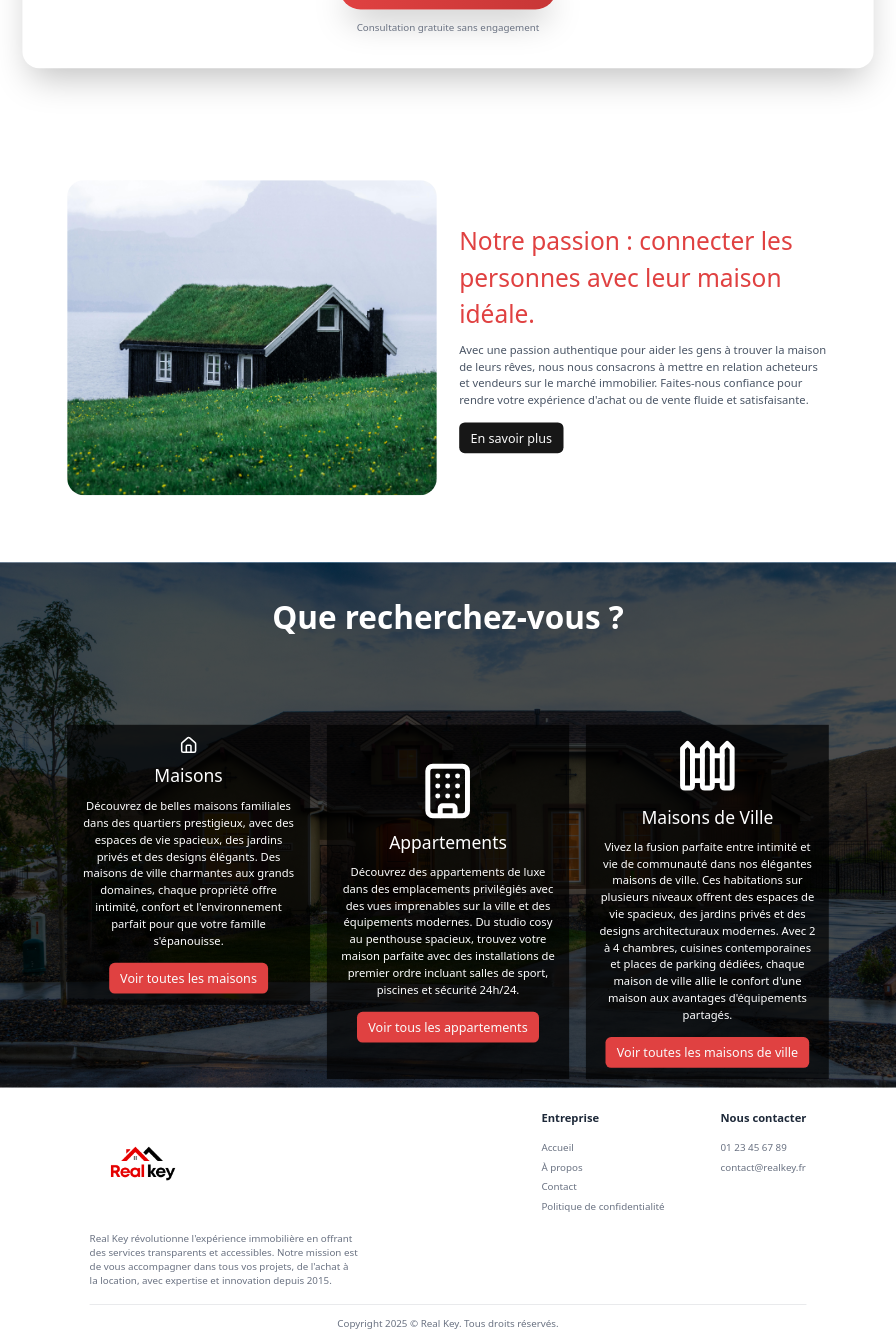
Repository: lamatmed/Real-Key
Page: /
An editor plug-in stored every save of this project. The page is shown before and after the next save, followed by the edit.
The browser window is 1280 px wide. The pictures show the part of the page from y = 3519 to 5439 px (the page is 5439 px tall), at 70% of full size.
The page's requests for data from a server got no answer. The project was rebuilt for these pictures with package versions that can differ from the ones it lists, and the page was loaded fresh each time. Some packages were replaced by stand-ins written for this rebuild. The framework's server and built-in components were replaced by stand-ins that run in the browser. No one was signed in, and anything a server would have sent is missing. Also part of the build but not shown: next.config.ts, app/_components/PropertyCard.tsx.

Above is the page before, as saved 2025-09-28 16:03:01.

After the next save:
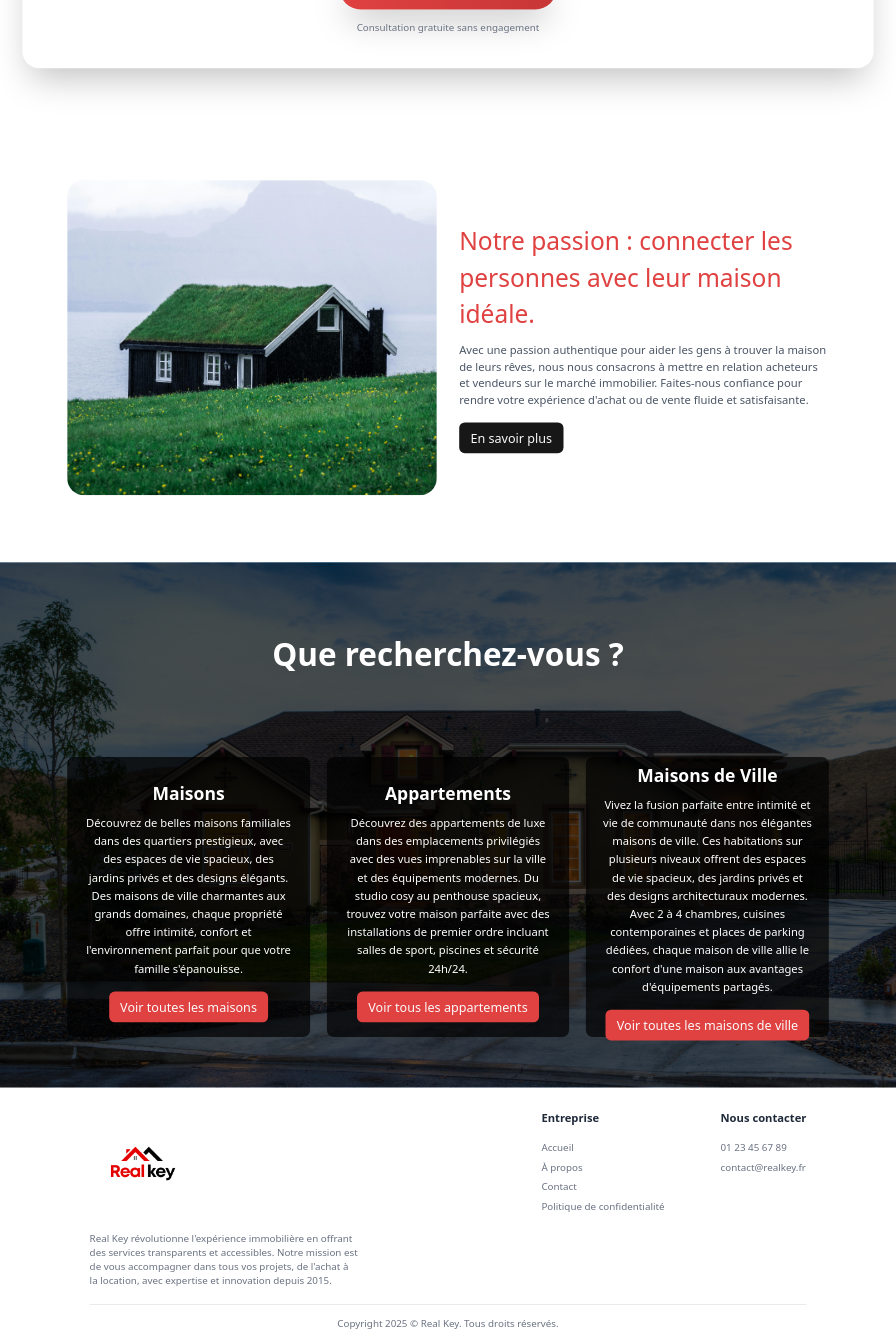
Saved 51 min 8 s later.
--- a/app/_components/WhatClientWant.tsx
+++ b/app/_components/WhatClientWant.tsx
@@ -6,61 +6,62 @@ import React from 'react'
 
 function WhatClientWant() {
   return (
-   <div className='relative h-[1750px]  lg:h-[750px] w-full'>
+   <div className='relative h-auto lg:h-[750px] w-full'>
 
-        <Image alt='hero' fill className='w-full   h-[750px] object-cover ' src="/whatClientWant.jpg"/>
+        <Image
+          alt='hero'
+          fill
+          className='w-full h-full object-cover'
+          src="/whatClientWant.jpg"
+        />
 
-
-      <div className='absolute inset-0 bg-black/70  z-10'></div>
+      <div className='absolute inset-0 bg-black/70 z-10'></div>
 
 
     <div className='absolute inset-0 z-20 flex flex-col justify-center'>
-    <div className='flex items-center justify-center mt-32'>
+      <div className='flex items-center justify-center mt-8 lg:mt-32'>
+        <h1 className='text-3xl md:text-[45px] font-bold mb-6 text-white text-center px-4'>
+          Que recherchez-vous ?
+        </h1>
+      </div>
 
+      <div className='grid grid-cols-1 lg:grid-cols-3 text-white gap-4 lg:gap-6 text-center p-4 lg:p-24'>
 
-     <h1 className='text-[45px] font-bold mb-6 text-white '>
-  Que recherchez-vous ?
-          </h1>
-           </div>
-      <div className=' grid grid-cols-1 lg:grid-cols-3 text-white gap-6 text-center p-24'>
+        <div className='p-4 lg:p-6 flex flex-col items-center h-auto lg:h-[400px] justify-center bg-black/70 rounded-lg'>
+          <House className="w-12 h-12 md:w-16 md:h-16 lg:w-[85px] lg:h-[85px]"/>
+          <h3 className='my-3 text-xl lg:text-[25px] font-semibold'>Maisons</h3>
+          <p className='text-sm lg:text-base leading-relaxed'>
+            Découvrez de belles maisons familiales dans des quartiers prestigieux, avec des espaces de vie spacieux, des jardins privés et des designs élégants. Des maisons de ville charmantes aux grands domaines, chaque propriété offre intimité, confort et l'environnement parfait pour que votre famille s'épanouisse.
+          </p>
+          <Link href="/properties?type=house" className='w-full mt-4 lg:mt-5'>
+            <Button className='bg-[#e04141] w-full lg:w-auto'>Voir toutes les maisons</Button>
+          </Link>
+        </div>
 
-      <div className='p-4 flex flex-col items-center h-[400px]   justify-center  bg-black/70 '>
-        <House className="w-[55px] h-[55px] md:w-[85px] md:h-[85px]"/>
-        <h3 className='my-3 text-[25px]'>Maisons</h3>
-        <p>Découvrez de belles maisons familiales dans des quartiers prestigieux, avec des espaces de vie spacieux, des jardins privés et des designs élégants. Des maisons de ville charmantes aux grands domaines, chaque propriété offre intimité, confort et l'environnement parfait pour que votre famille s'épanouisse.</p>
+        <div className='p-4 lg:p-6 flex flex-col items-center h-auto lg:h-[400px] justify-center bg-black/70 rounded-lg'>
+          <Building className="w-12 h-12 md:w-16 md:h-16 lg:w-[85px] lg:h-[85px]"/>
+          <h3 className='my-3 text-xl lg:text-[25px] font-semibold'>Appartements</h3>
+          <p className='text-sm lg:text-base leading-relaxed'>
+            Découvrez des appartements de luxe dans des emplacements privilégiés avec des vues imprenables sur la ville et des équipements modernes. Du studio cosy au penthouse spacieux, trouvez votre maison parfaite avec des installations de premier ordre incluant salles de sport, piscines et sécurité 24h/24.
+          </p>
+          <Link href="/properties?type=apartment" className='w-full mt-4 lg:mt-5'>
+            <Button className='bg-[#e04141] w-full lg:w-auto'>Voir tous les appartements</Button>
+          </Link>
+        </div>
 
-
- <Link href="/properties?type=house">
-
-        <Button className='bg-[#e04141] mt-5'>Voir toutes les maisons</Button>
-    </Link>
+        <div className='p-4 lg:p-6 flex flex-col items-center h-auto lg:h-[400px] justify-center bg-black/70 rounded-lg'>
+          <Fence className="w-12 h-12 md:w-16 md:h-16 lg:w-[85px] lg:h-[85px]"/>
+          <h3 className='my-3 text-xl lg:text-[25px] font-semibold'>Maisons de Ville</h3>
+          <p className='text-sm lg:text-base leading-relaxed'>
+            Vivez la fusion parfaite entre intimité et vie de communauté dans nos élégantes maisons de ville. Ces habitations sur plusieurs niveaux offrent des espaces de vie spacieux, des jardins privés et des designs architecturaux modernes. Avec 2 à 4 chambres, cuisines contemporaines et places de parking dédiées, chaque maison de ville allie le confort d'une maison aux avantages d'équipements partagés.
+          </p>
+          <Link href="/properties?type=townhouse" className='w-full mt-4 lg:mt-5'>
+            <Button className='bg-[#e04141] w-full lg:w-auto'>Voir toutes les maisons de ville</Button>
+          </Link>
+        </div>
 
       </div>
-
-
-           <div className='p-4 flex flex-col items-center  justify-center bg-black/70 '>
-        <Building className="w-[55px] h-[55px] md:w-[85px] md:h-[85px]"/>
-        <h3 className='my-3  text-[25px]'>Appartements</h3>
-        <p>Découvrez des appartements de luxe dans des emplacements privilégiés avec des vues imprenables sur la ville et des équipements modernes. Du studio cosy au penthouse spacieux, trouvez votre maison parfaite avec des installations de premier ordre incluant salles de sport, piscines et sécurité 24h/24.</p>
-
- <Link href="/properties?type=apartment">
-
- <Button className='bg-[#e04141] mt-5'>Voir tous les appartements</Button>
-</Link>
-      </div>
-
-
-         <div className='p-4 flex flex-col items-center  justify-center bg-black/70 '>
-        <Fence className="w-[55px] h-[55px] md:w-[85px] md:h-[85px]"/>
-        <h3 className='my-3  text-[25px]'>Maisons de Ville</h3>
-        <p>Vivez la fusion parfaite entre intimité et vie de communauté dans nos élégantes maisons de ville. Ces habitations sur plusieurs niveaux offrent des espaces de vie spacieux, des jardins privés et des designs architecturaux modernes. Avec 2 à 4 chambres, cuisines contemporaines et places de parking dédiées, chaque maison de ville allie le confort d'une maison aux avantages d'équipements partagés.</p>
-<Link href="/properties?type=townhouse">
- <Button  className='bg-[#e04141] mt-5'>Voir toutes les maisons de ville</Button>
-</Link>
-      </div>
-      </div>
-
-      </div>
+    </div>
 
     </div>
   )
